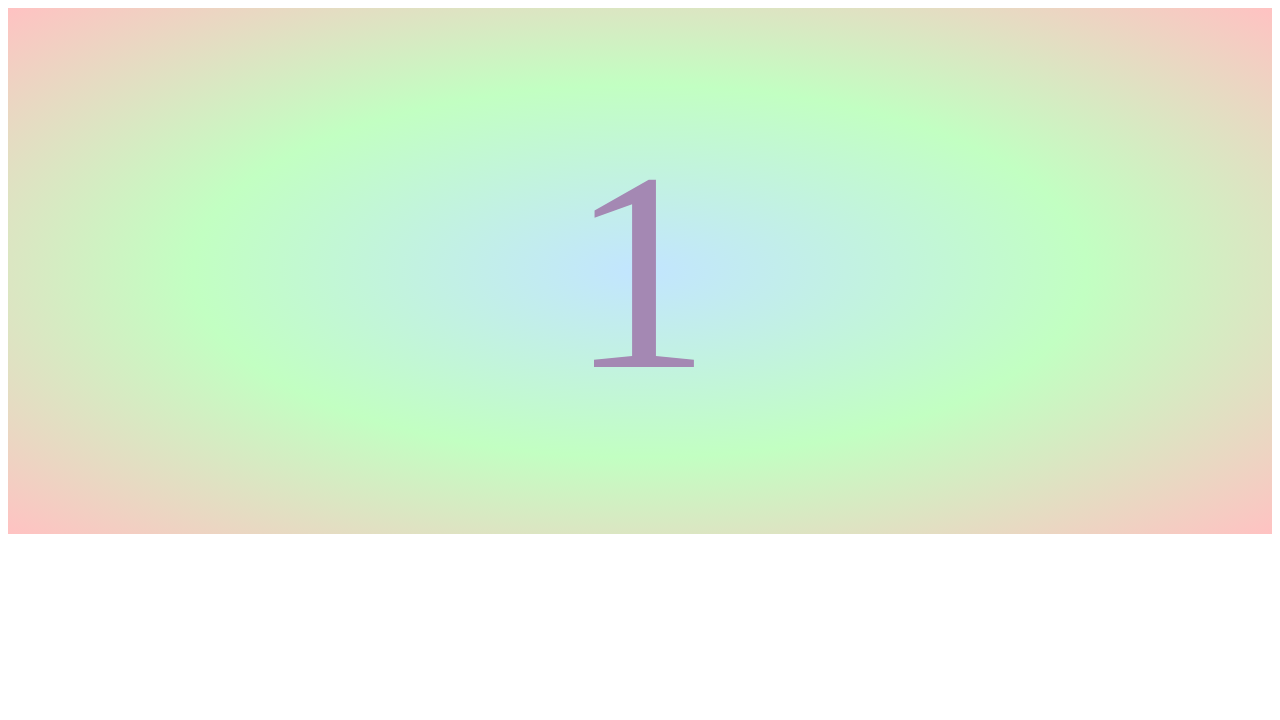
Repository: magdaf41/CSS
Page: zadanie_6/index.html
An editor plug-in stored every save of this project. The page is shown before and after the next save, followed by the edit.
The browser window is 1280 px wide. The pictures show the whole page.

Above is the page before, as saved 2020-08-25 19:16:24.

### zadanie_6/index.html
<!DOCTYPE html>
<html>

<head>
    <meta charset="utf-8">
    <meta name="viewport" content="width=device-width">
    <title>Countdown</title>
    <link href="style.css" rel="stylesheet" type="text/css" />
</head>

<body>
    <div></div>
</body>

</html>

### zadanie_6/css/style.css
div {
    display: flex;
    align-content: center;
    justify-content: center;
    color: #a488b3;
    font-size: auto;
    text-align: center;
    background: radial-gradient(#c2e5ff, #c2ffc2, #ffc2c2);
    padding: 100px;
}

/*body::before,*/

div::after {
    content: "";
    /* width: 1ch; */
    animation: countdown 10s infinite;
}

div::after {
    animation-duration: 10s;
}

@keyframes countdown {
    0% {
        content: "10";
        font-size: 300px;
    }
    5% {
        content: "9";
        font-size: 300px;
    }
    10% {
        content: "8";
        font-size: 300px;
    }
    15% {
        content: "7";
        font-size: 300px;
    }
    20% {
        content: "6";
        font-size: 300px
    }
    25% {
        content: "5";
        font-size: 300px
    }
    30% {
        content: "4";
        font-size: 300px
    }
    35% {
        content: "3";
        font-size: 300px
    }
    40% {
        content: "2";
        font-size: 300px
    }
    45% {
        content: "1";
        font-size: 300px
    }
    100% {
        content: "I love CSS";
        font-size: 100px;
    }
}

After the next save:
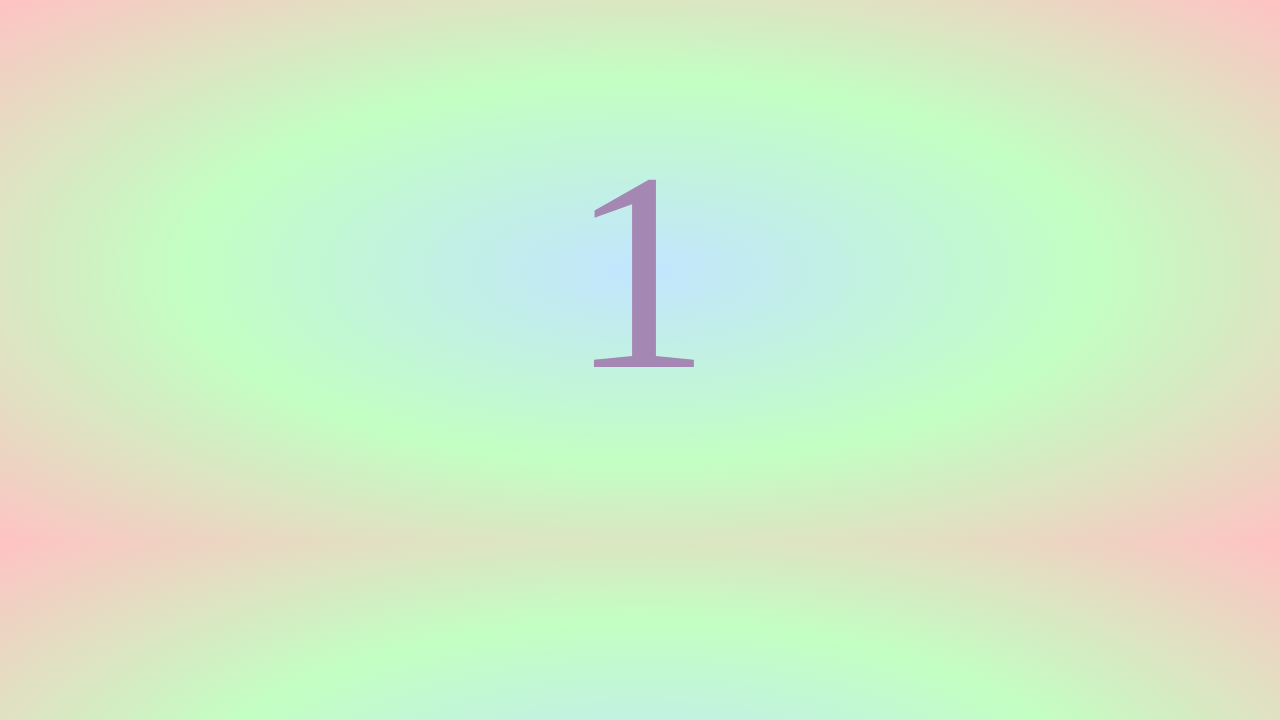
Saved 24 s later.
--- a/zadanie_6/index.html
+++ b/zadanie_6/index.html
@@ -5,11 +5,11 @@
     <meta charset="utf-8">
     <meta name="viewport" content="width=device-width">
     <title>Countdown</title>
-    <link href="style.css" rel="stylesheet" type="text/css" />
+    <link href="css/style.css" rel="stylesheet" type="text/css" />
 </head>
 
 <body>
-    <div></div>
+
 </body>
 
 </html>
--- a/zadanie_6/css/style.css
+++ b/zadanie_6/css/style.css
@@ -1,4 +1,4 @@
-div {
+body {
     display: flex;
     align-content: center;
     justify-content: center;
@@ -11,13 +11,13 @@ div {
 
 /*body::before,*/
 
-div::after {
+body::after {
     content: "";
     /* width: 1ch; */
     animation: countdown 10s infinite;
 }
 
-div::after {
+body::after {
     animation-duration: 10s;
 }
 
